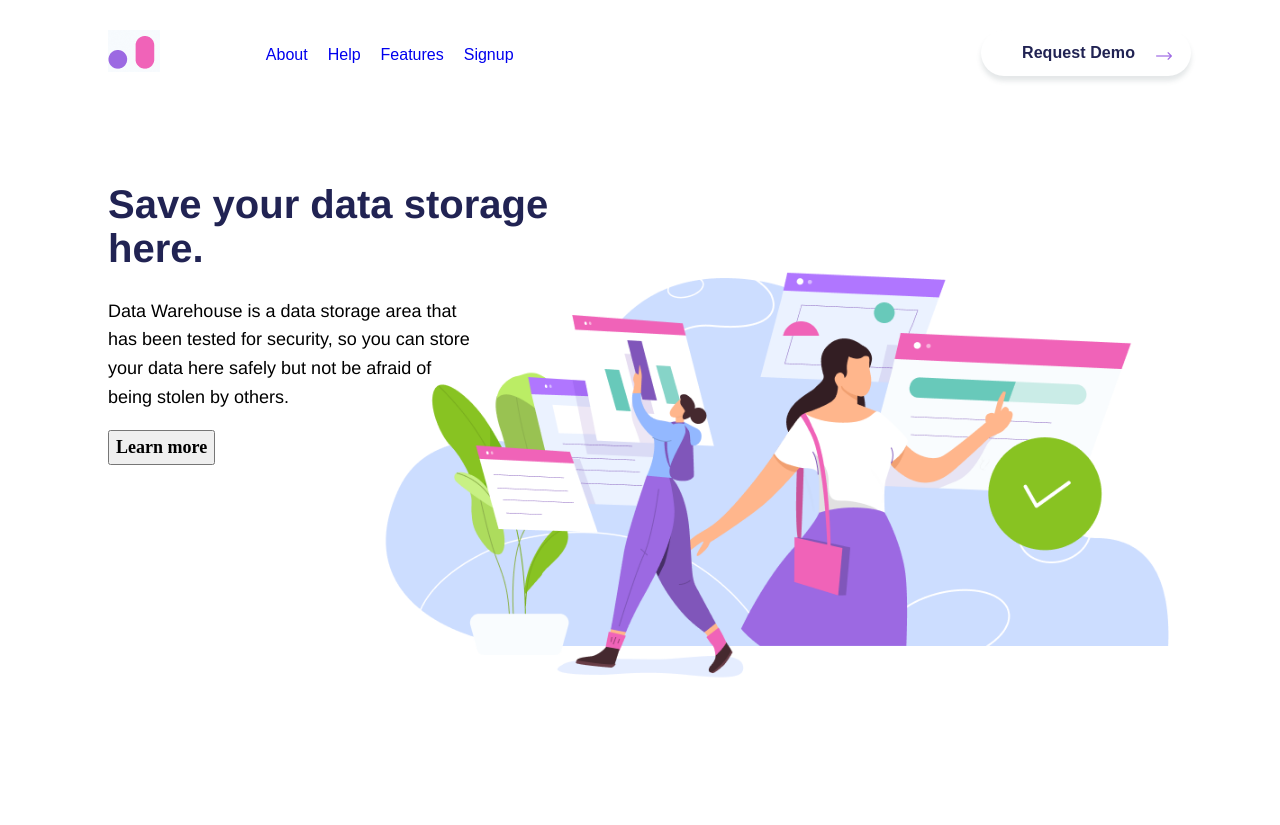
Repository: batonAnton/HW6_flexbox
Page: index.html
These files come from the project's save history. The page is drawn as it stood at one moment and after the next save; the edit follows.
The browser window is 1280 px wide. The pictures show the whole page.
Some web fonts or font styles are not loaded; a fallback is used.

Above is the page before, as saved 2022-06-18 11:06:22.

### index.html
<!DOCTYPE html>
<html lang="en">
<head>
    <meta charset="UTF-8">
    <meta http-equiv="X-UA-Compatible" content="IE=edge">
    <meta name="viewport" content="width=device-width, initial-scale=1.0">
    <link href="http://fonts.cdnfonts.com/css/helvetica-neue-9" rel="stylesheet">
    <link rel="stylesheet" href="./fonts/Helvetica-Bold.ttf">
    <link rel="stylesheet" href="./fonts/AvenirLTStd-Black.otf">
    <link rel="stylesheet" href="/css/style.css">
    <title>FlexBox</title>
</head>
<body>
    <header>
        <div class="logo">
            <img src="./images/logo.png" alt="logo">
        </div>

        <nav>
            <ul>
                <li>
                    <a href="#">about</a>
                </li>
                <li>
                    <a href="#">help</a>
                </li>
                <li>
                    <a href="#">features</a>
                </li>
                <li>
                    <a href="#">signup</a>
                </li>
            </ul>
        </nav>

        <div class="header-btn">
            <div>
                <button>request demo</button>
            </div>
            <div class="btn-img">
                <img src="./images/right-arrow.png" alt="arrow-right" >
            </div>
        </div>
    </header>

    <div class="section">
        <div class="info">
            <h1>Save your data storage here.</h1>
            <p>Data Warehouse is a data storage area that <br>has been
                tested for security, so you can store <br> your data here
                safely but not be afraid of <br> being stolen by others.</p>
            <button>Learn more</button>
        </div>

        <div class="section-img">
            <img src="./images/headerImg.png" alt="">
        </div>
    </div>
</body>
</html>

### css/style.css
body {
  box-sizing: border-box;
  font-family: "Avenir";
}

header {
  display: flex;
  margin: 30px 100px;
  justify-content: space-between;
  /* border: 1px solid gray; */
 font-family: Arial, Helvetica, sans-serif;
  font-size: 16px;
}


nav {
  margin-right: 40%;
}

nav ul {
  display: flex;
  list-style: none;
  color: #4b5d68;
}

nav ul li a {
  text-decoration: none;
  padding-left: 20px;
  text-transform: capitalize;
}

.header-btn {
  display: flex;
  justify-content: center;
}


.header-btn button {
  padding: 15px 30px 15px 15px;
  text-transform: capitalize;
  border: none;
  border-radius: 50px;
  background: #ffffff;
  box-shadow: 0px 5px 5px rgb(75 93 104 / 15%);
  width: 210px;
  color: #212353;
  font-size: 16px;
  font-weight: 800;
  line-height: 100%;
  letter-spacing: 0.005em;
}

.btn-img {
  margin-left: -35px;
  padding-left: -15px;
  align-self: center;
}

button img {
  padding-top: 5px;
  margin-left: 5px;
}

button:hover {
  border: 1px solid rgba(156, 105, 226, 1);
  text-decoration: underline;
}

.section {
  display: flex;
  margin: 70px 100px;
  position: relative;
  height: 600px;
  overflow: hidden;
}


.info {
  width: 50%;
}

.section h1 {
  font-style: normal;
  font-weight: 700;
  font-size: 40px;
  line-height: 110%;
  font-family: "Helvetica Neue", sans-serif;
  color:#212353;
  font-weight: 700;
}



.section p {
    font-family: 'Avenir', Helvetica, sans-serif;
  font-style: normal;
  font-weight: 500;
  font-size: 18px;
  line-height: 160%;
}

.section-img {
  position: absolute;
  bottom: 10%;
  right: -8%;
}
.section-img img {
  width: 90%;
}

.info button{
    font-family: 'Avenir';
     font-style: normal;
    font-weight: 800;
    font-size: 18px;
    line-height: 160%;
}

After the next save:
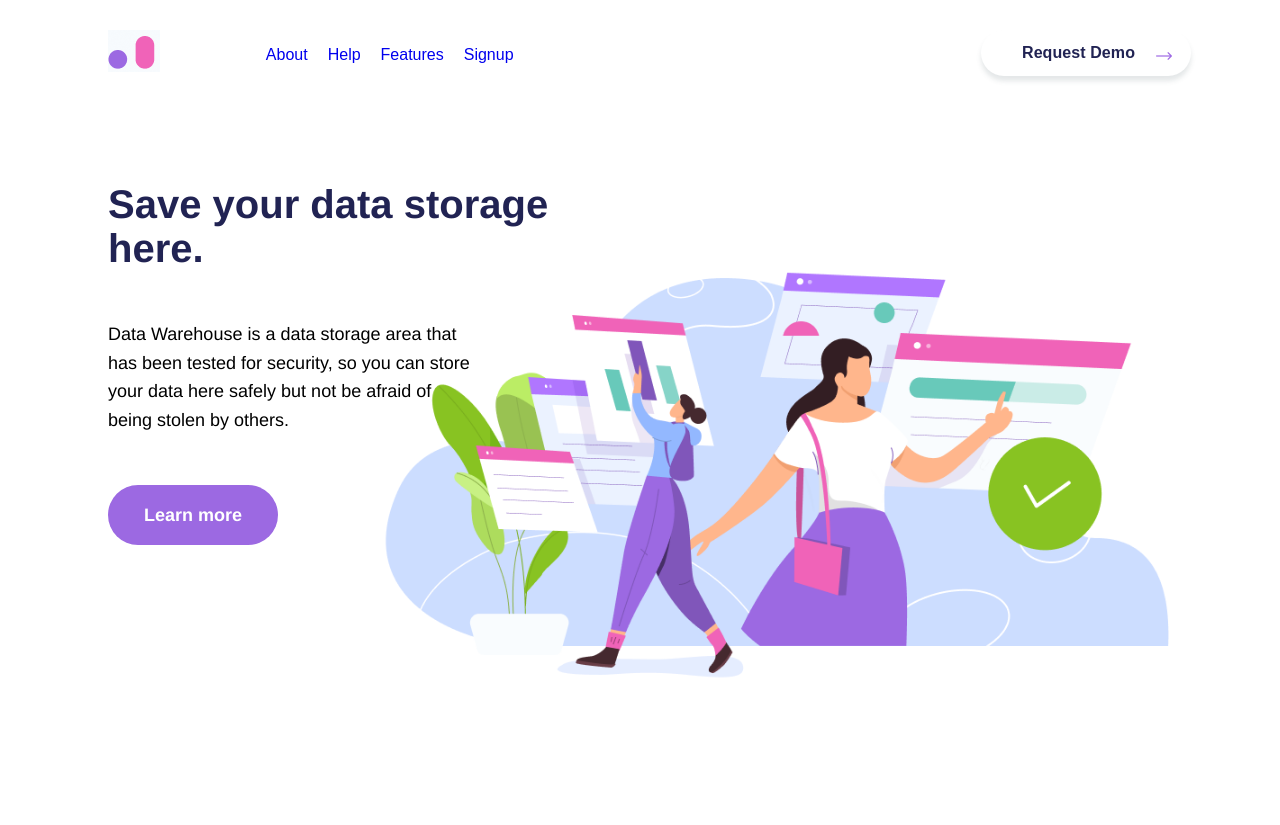
Saved 5 min 3 s later.
--- a/css/style.css
+++ b/css/style.css
@@ -92,11 +92,13 @@ button:hover {
 
 
 .section p {
-    font-family: 'Avenir', Helvetica, sans-serif;
+  font-family: 'Avenir', Helvetica, sans-serif;
   font-style: normal;
   font-weight: 500;
   font-size: 18px;
   line-height: 160%;
+  margin-top: 50px;
+  margin-bottom: 50px;
 }
 
 .section-img {
@@ -109,9 +111,15 @@ button:hover {
 }
 
 .info button{
-    font-family: 'Avenir';
-     font-style: normal;
-    font-weight: 800;
+    font-family: 'Avenir', Helvetica, sans-serif;
+    font-style: normal;
+    font-weight: 700;
     font-size: 18px;
     line-height: 160%;
+    background-color: #9C69E2;
+    border-radius: 50px;
+    color: #ffffff;
+    width: 170px;
+    height: 60px;
+    border: none;
 }
